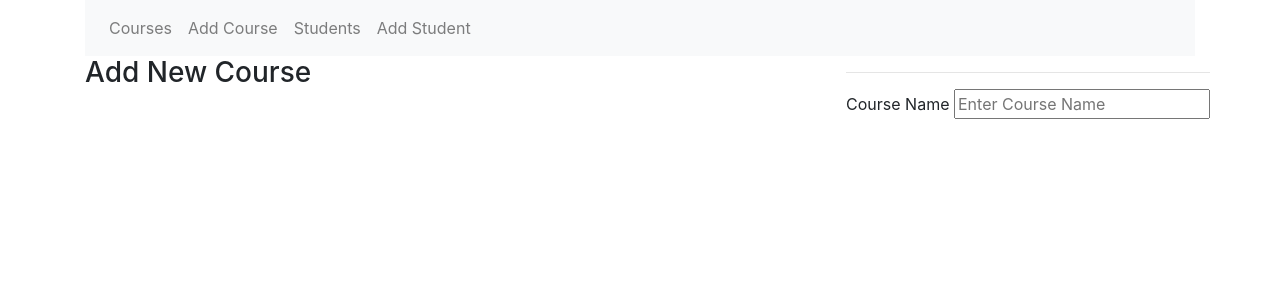
Repository: pyaephyotint22/Maven-Student-Course
Page: http://localhost/06-EL-JSTL/course-add.jsp
These files come from the project's save history. The page is drawn as it stood at one moment and after the next save; the edit follows.
The browser window is 1280 px wide. The pictures show the whole page.
The page is served by Tomcat 9.

Above is the page before, as saved 2020-12-20 05:53:04.

After the next save:
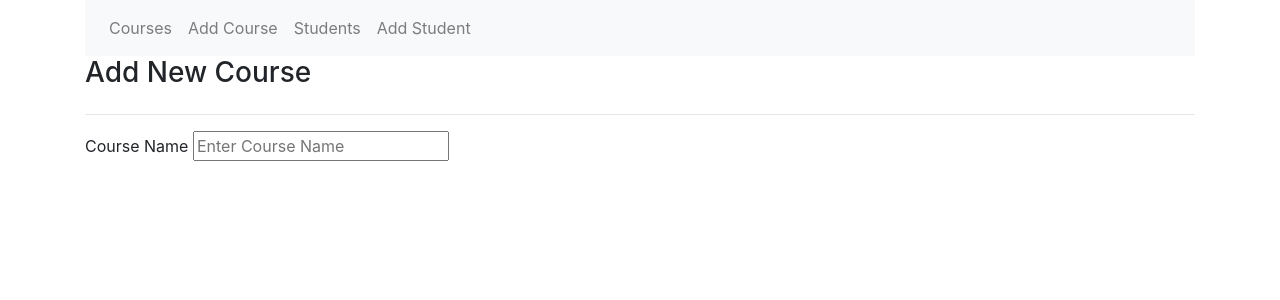
Saved 3 h 11 min later.
--- a/06-EL-JSTL/src/main/webapp/course-add.jsp
+++ b/06-EL-JSTL/src/main/webapp/course-add.jsp
@@ -14,7 +14,7 @@
 			<div class="col">
 			<h3>Add New Course</h3>
 			</div>
-
+		</div>
 			<div class="row">
 			<div class="col">
 			<hr />
@@ -27,6 +27,5 @@
 				</div>
 			</div>
 		</div>
-	</div>
 </body>
 </html>
